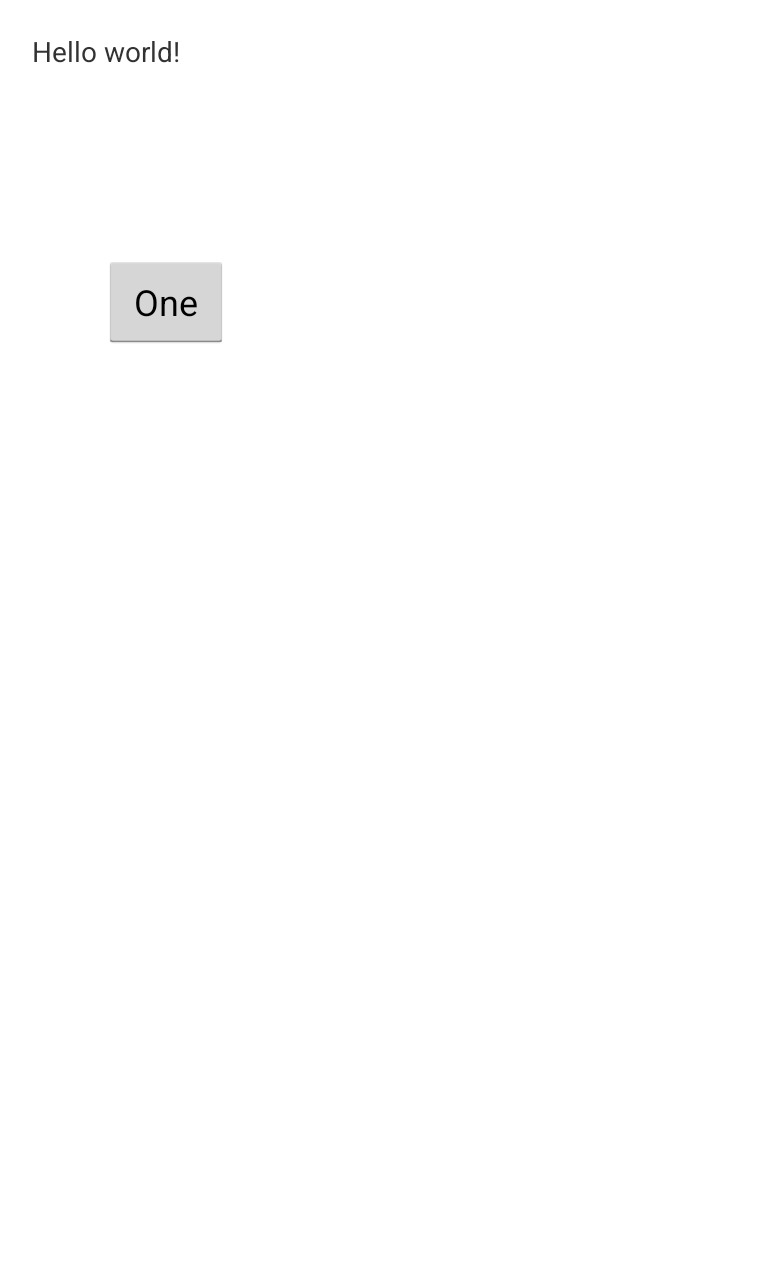
Repository: shailesh1001/eduonix-android
Layout: ch01/ex01/res/layout/activity_main.xml
These files come from the project's save history. The layout is drawn as it stood at one moment and after the next save; the edit follows.
It is drawn on a 768 x 1280 px phone screen (xhdpi) without system bars, with theme AppTheme; the app's code is not run.

Above is the layout before, as saved 2013-12-07 19:32:36.

After the next save:
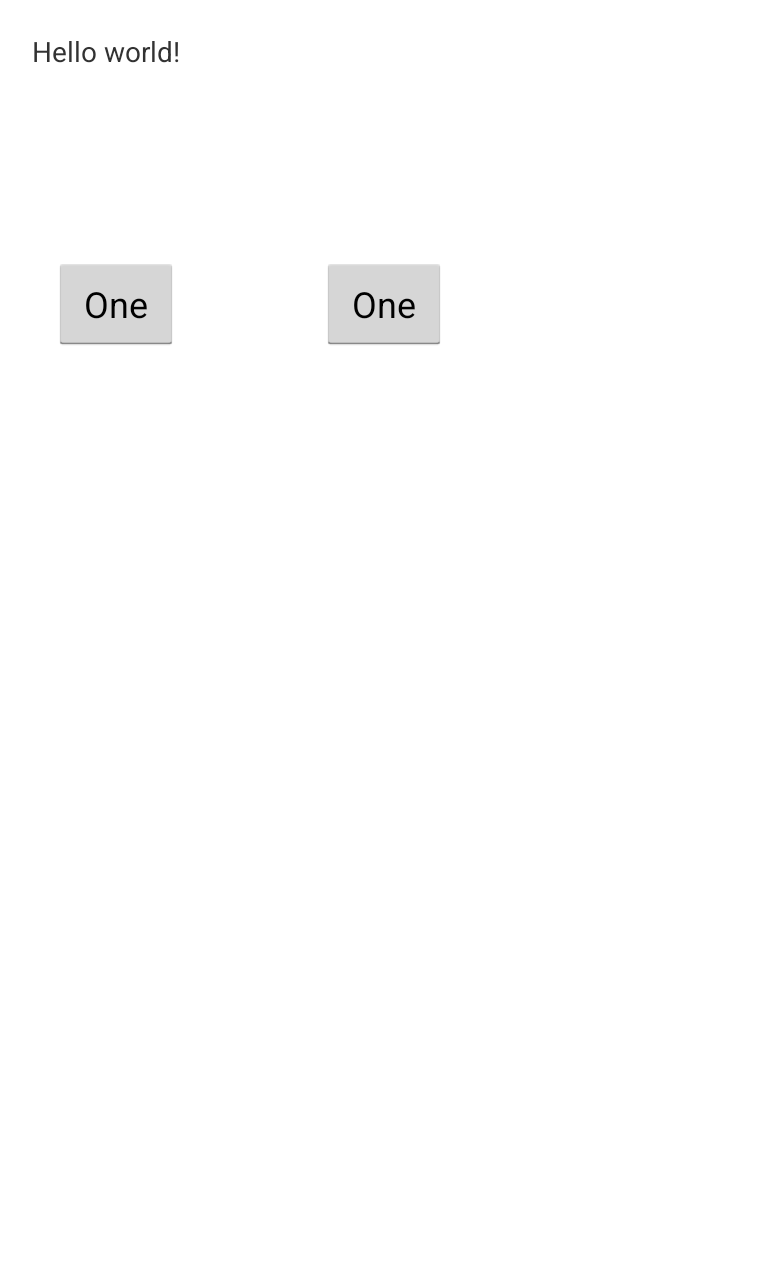
Saved 28 s later.
--- a/ch01/ex01/res/layout/activity_main.xml
+++ b/ch01/ex01/res/layout/activity_main.xml
@@ -18,10 +18,18 @@
         android:id="@+id/button1"
         android:layout_width="wrap_content"
         android:layout_height="wrap_content"
-        android:layout_alignLeft="@+id/textView1"
+        android:layout_alignRight="@+id/textView1"
         android:layout_below="@+id/textView1"
-        android:layout_marginLeft="35dp"
-        android:layout_marginTop="92dp"
+        android:layout_marginTop="93dp"
+        android:text="@string/button1_text" />
+
+    <Button
+        android:id="@+id/button2"
+        android:layout_width="wrap_content"
+        android:layout_height="wrap_content"
+        android:layout_alignBaseline="@+id/button1"
+        android:layout_alignBottom="@+id/button1"
+        android:layout_centerHorizontal="true"
         android:text="@string/button1_text" />
 
 </RelativeLayout>
